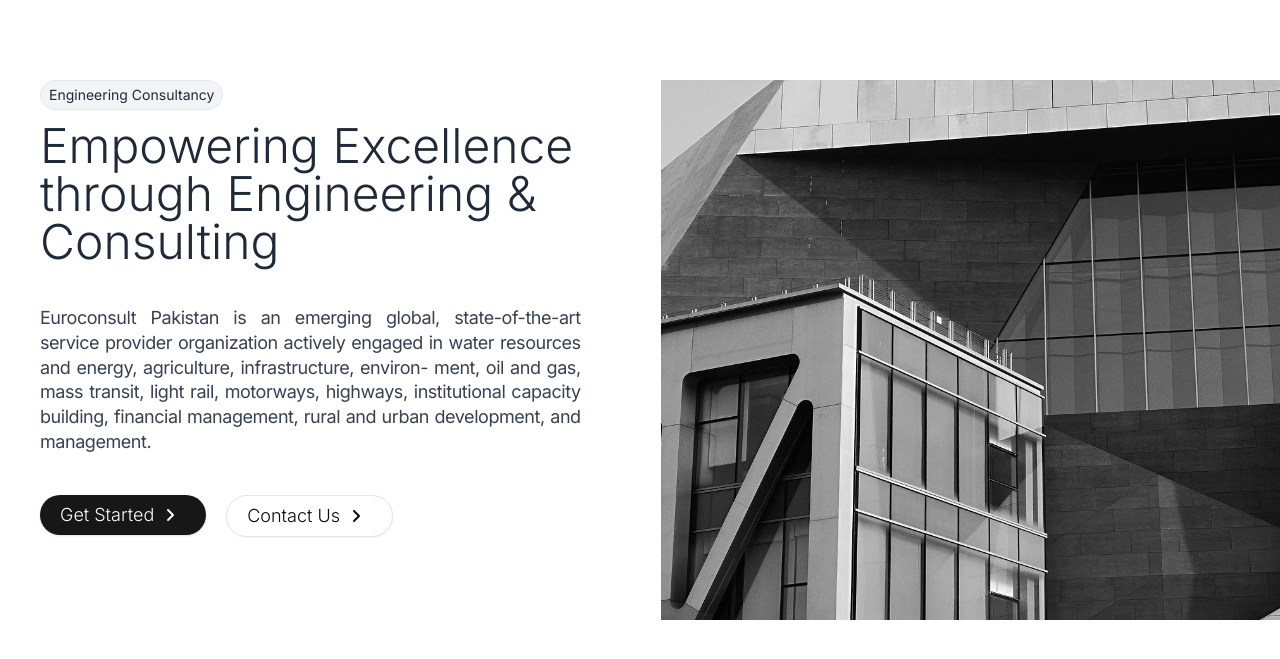
Repository: EMDC-24/ecglobalwebsite19
Page: /
The author's editor kept a copy of each file at every save. The page is drawn from the files as they stood at one save, then again after a run of saves.
The browser window is 1280 px wide. The pictures show the whole page.
The project was rebuilt for these pictures with package versions that can differ from the ones it lists, and the page was loaded fresh each time. The framework's server and built-in components were replaced by stand-ins that run in the browser. Also part of the build but not shown: next.config.mjs.

Above is the page before, as saved 2024-09-17 16:53:31.

### app/page.tsx
import Image from "next/image";
import Hero from "./Hero";

export default function Home() {
  return (
    <>
    <Hero />
    </>
  );
}

### app/Hero.tsx
import { Button } from '@/components/ui/button'
import React from 'react'
import { FaAngleRight } from "react-icons/fa6";

const Hero = () => {
  return (
    <div>
        <div className="bg-white px-0 flex flex-row py-20 gap-10">
        <div className="md:w-1/2 pl-10 flex flex-col items-start justify-normal">
        <div className="bg-gray-100 border-[1px] border-gray-200 rounded-full px-2 py-1 text-sm text-gray-800">Engineering Consultancy</div>
        <h1 className="text-5xl text-gray-800 mt-3 font-light">Empowering Excellence through Engineering & Consulting</h1>
        <p className="text-lg text-gray-700 mt-10 leading-snug tracking-tight text-justify mr-10">Euroconsult Pakistan is an emerging global, state-of-the-art service provider organization actively engaged in water resources and energy, agriculture, infrastructure, environ- ment, oil and gas, mass transit, light rail, motorways, highways, institutional capacity building, financial management, rural and urban development, and management. </p>
        <div className="mt-10 flex flex-row gap-5">
        <a href="#" >
        <Button className="px-5 py-5 text-lg font-light rounded-full hover:bg-blue-600">Get Started  <FaAngleRight className="mr-2 ml-2 h-4 w-4" /></Button>
        </a>
        <a href="#" >
        <Button variant="outline" className="px-5 py-5 text-lg font-light rounded-full hover:bg-gray-200">Contact Us<FaAngleRight className="mr-2 ml-2 h-4 w-4" /></Button>
        </a>
        </div>
        </div>
        <div className="md:w-1/2 h-[540px] bg-cover bg-center" style={{ backgroundImage: `url('/assets/heroimage.jpg')` }}> </div>
        </div>
    </div>
  )
}

export default Hero

### components/ui/button.tsx
import * as React from "react"
import { Slot } from "@radix-ui/react-slot"
import { cva, type VariantProps } from "class-variance-authority"

import { cn } from "@/lib/utils"

const buttonVariants = cva(
  "inline-flex items-center justify-center whitespace-nowrap rounded-md text-sm font-medium transition-colors focus-visible:outline-none focus-visible:ring-1 focus-visible:ring-ring disabled:pointer-events-none disabled:opacity-50",
  {
    variants: {
      variant: {
        default:
          "bg-primary text-primary-foreground shadow hover:bg-primary/90",
        destructive:
          "bg-destructive text-destructive-foreground shadow-sm hover:bg-destructive/90",
        outline:
          "border border-input bg-background shadow-sm hover:bg-accent hover:text-accent-foreground",
        secondary:
          "bg-secondary text-secondary-foreground shadow-sm hover:bg-secondary/80",
        ghost: "hover:bg-accent hover:text-accent-foreground",
        link: "text-primary underline-offset-4 hover:underline",
      },
      size: {
        default: "h-9 px-4 py-2",
        sm: "h-8 rounded-md px-3 text-xs",
        lg: "h-10 rounded-md px-8",
        icon: "h-9 w-9",
      },
    },
    defaultVariants: {
      variant: "default",
      size: "default",
    },
  }
)

export interface ButtonProps
  extends React.ButtonHTMLAttributes<HTMLButtonElement>,
    VariantProps<typeof buttonVariants> {
  asChild?: boolean
}

const Button = React.forwardRef<HTMLButtonElement, ButtonProps>(
  ({ className, variant, size, asChild = false, ...props }, ref) => {
    const Comp = asChild ? Slot : "button"
    return (
      <Comp
        className={cn(buttonVariants({ variant, size, className }))}
        ref={ref}
        {...props}
      />
    )
  }
)
Button.displayName = "Button"

export { Button, buttonVariants }

Loaded but not shown: app/layout.tsx (common file); app/globals.css (common file); lib/utils.ts (common file); tailwind.config.ts (common file)

After the next 2 saves:
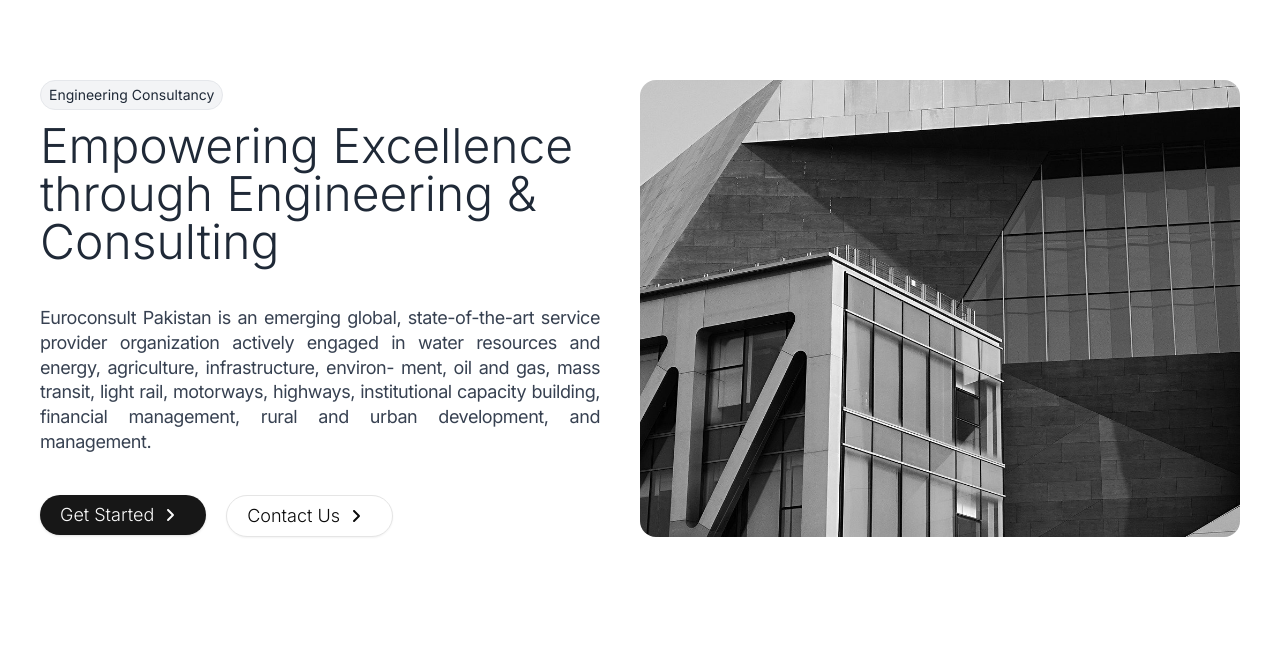
The 2 saves are shown as one change because they came seconds apart.
The last was saved 29 s later.
--- a/app/Hero.tsx
+++ b/app/Hero.tsx
@@ -5,8 +5,8 @@
 const Hero = () => {
   return (
     <div>
-        <div className="bg-white px-0 flex flex-row py-20 gap-10">
-        <div className="md:w-1/2 pl-10 flex flex-col items-start justify-normal">
+        <div className="bg-white px-10 flex flex-row py-20">
+        <div className="md:w-1/2 flex flex-col items-start justify-normal">
         <div className="bg-gray-100 border-[1px] border-gray-200 rounded-full px-2 py-1 text-sm text-gray-800">Engineering Consultancy</div>
         <h1 className="text-5xl text-gray-800 mt-3 font-light">Empowering Excellence through Engineering & Consulting</h1>
         <p className="text-lg text-gray-700 mt-10 leading-snug tracking-tight text-justify mr-10">Euroconsult Pakistan is an emerging global, state-of-the-art service provider organization actively engaged in water resources and energy, agriculture, infrastructure, environ- ment, oil and gas, mass transit, light rail, motorways, highways, institutional capacity building, financial management, rural and urban development, and management. </p>
@@ -19,7 +19,7 @@
         </a>
         </div>
         </div>
-        <div className="md:w-1/2 h-[540px] bg-cover bg-center" style={{ backgroundImage: `url('/assets/heroimage.jpg')` }}> </div>
+        <div className="md:w-1/2 h-auto rounded-2xl bg-cover bg-center" style={{ backgroundImage: `url('/assets/heroimage.jpg')` }}> </div>
         </div>
     </div>
   )
